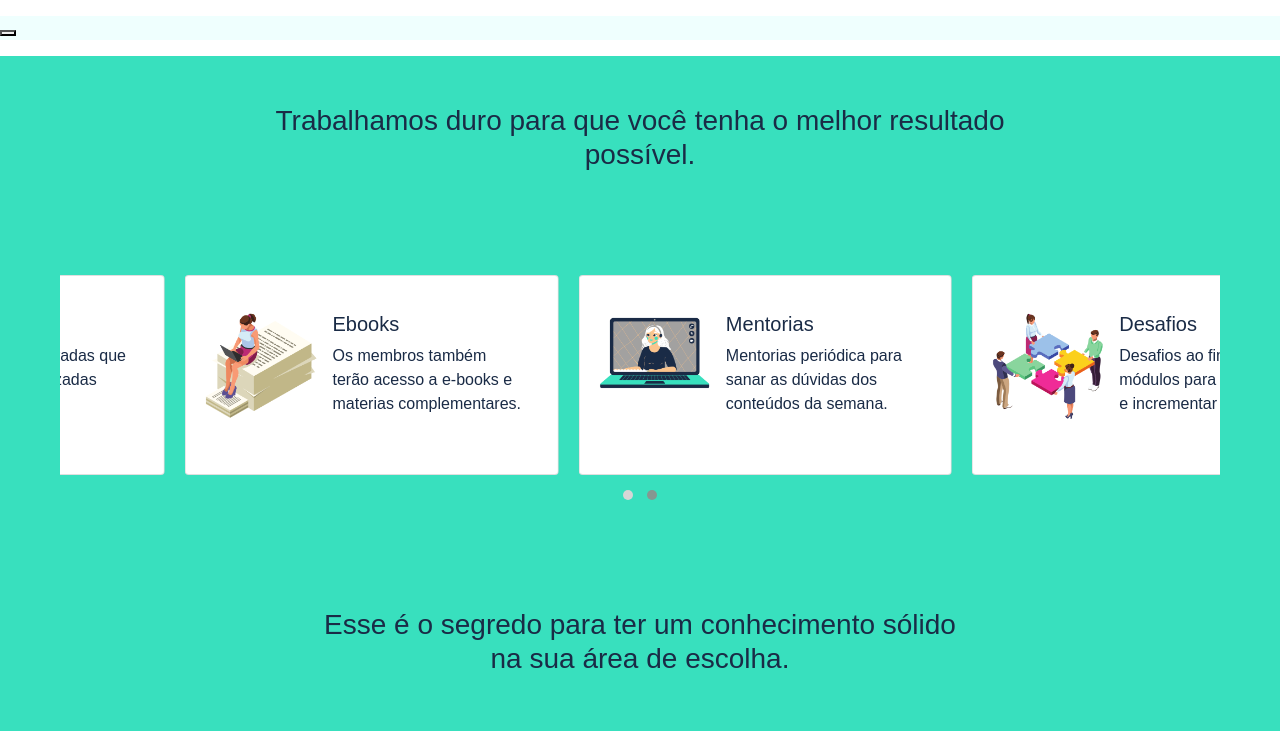
Repository: MarTech-Coders-Planejamento/site-oficial
Page: home.html
These files come from the project's save history. The page is drawn as it stood at one moment and after the next save; the edit follows.
The browser window is 1280 px wide. The pictures show the whole page.
Some web fonts or font styles are not loaded; a fallback is used.

Above is the page before, as saved 2021-10-25 20:03:49.

After the next save:
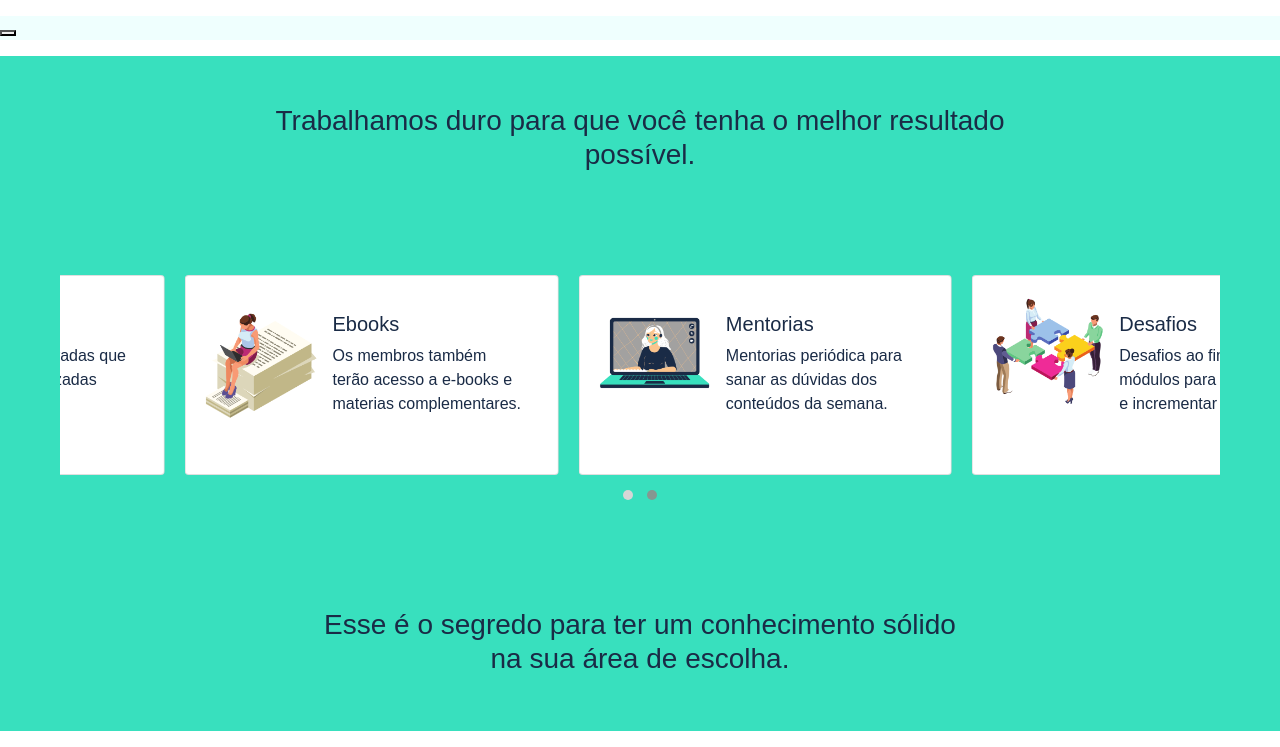
Saved 52 s later.
--- a/home.html
+++ b/home.html
@@ -122,7 +122,7 @@
                   </div>
                   <div class="card" style="max-width: 540px; padding: 20px; min-height: 200px;">
                     <div class="row g-0">
-                      <div id='image-container' class="col-md-4">
+                      <div id='mentoria-container' class="col-md-4">
                         <img src="/image/icon-desafio.png" class="img-fluid rounded-start" alt="...">
                       </div>
                       <div class="col-md-8">

After the save that followed:
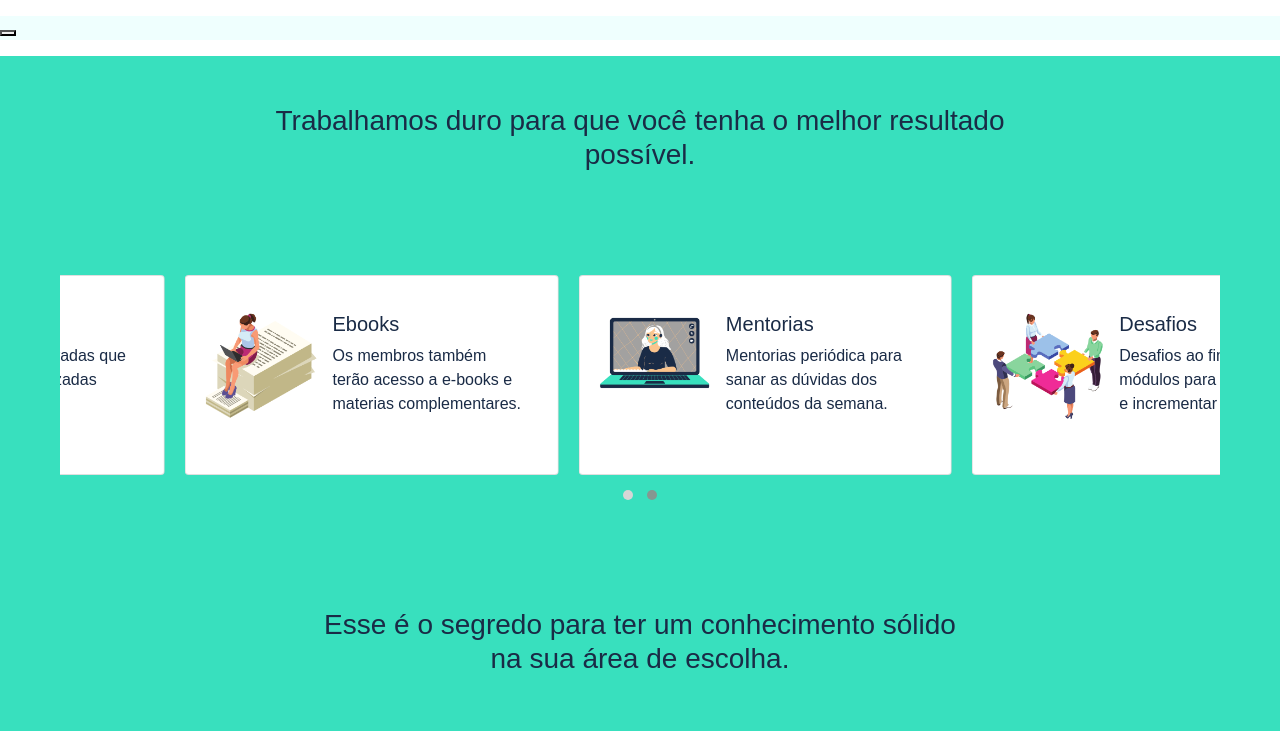
Saved 19 s later.
--- a/css/home.css
+++ b/css/home.css
@@ -28,3 +28,7 @@
 #image-container{
   padding-top: 15px;
 }
+
+#mentoria-container{
+  padding-top: 15px;
+}
